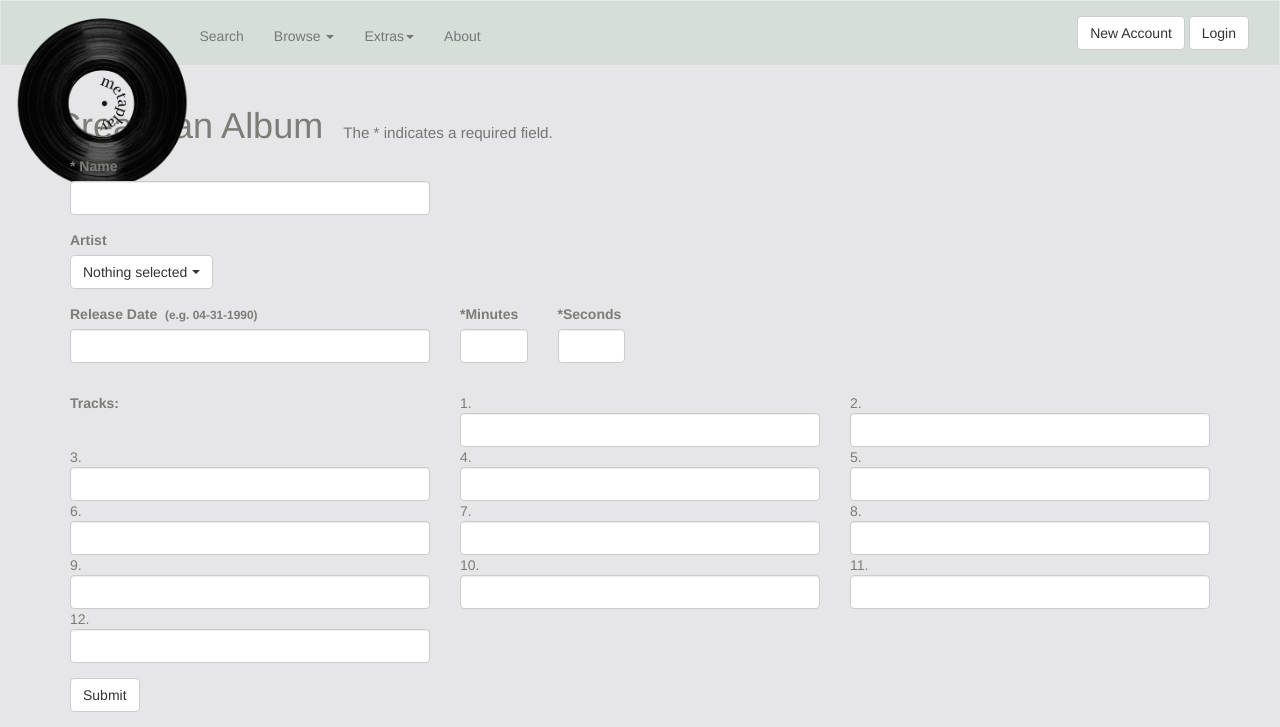
Repository: dRiott/Metaplay
Page: http://localhost/metaplay/WEB-INF/views/album_add.jsp
An editor plug-in stored every save of this project. The page is shown before and after the next save, followed by the edit.
The browser window is 1280 px wide. The pictures show the whole page.
Some web libraries are served in a nearby version. The page is served by Tomcat 9. Nobody is signed in. The template is opened directly, without the code that normally fills it, so the values that code supplies are empty.

Above is the page before, as saved 2015-09-29 20:35:16.
Console error: TypeError: Cannot set properties of null (setting 'value')

After the next save:
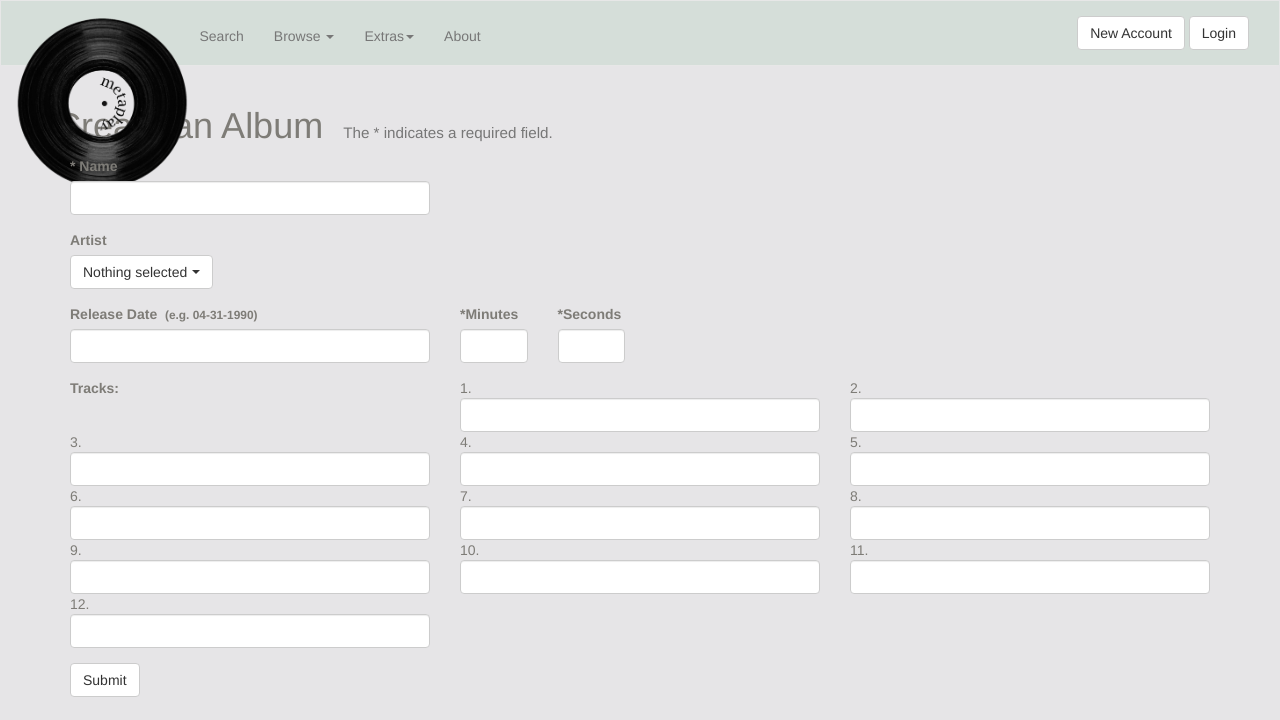
Saved 7 s later.
--- a/metaplay/src/main/webapp/WEB-INF/views/album_add.jsp
+++ b/metaplay/src/main/webapp/WEB-INF/views/album_add.jsp
@@ -84,7 +84,6 @@
 					<div class="form-group" style="float:clear;"></div>
 
 					<div class="row">
-						<div class="form-group" style="float:clear;"></div>
 						<div class="col-md-4">
 						<label for="albumTrack">Tracks: </label>
 						</div>
